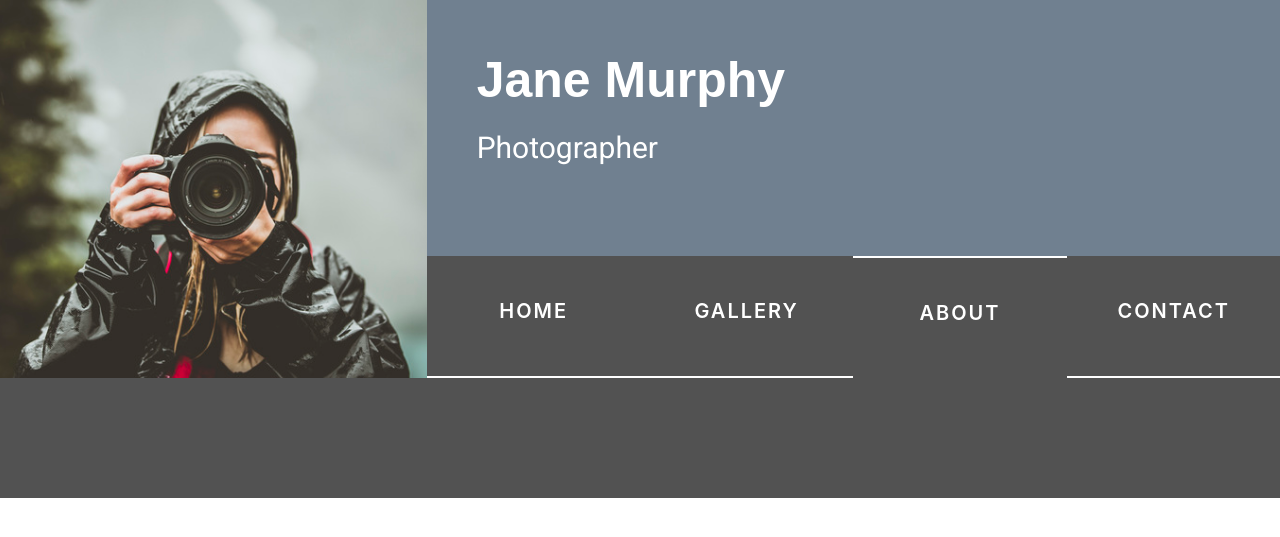
Repository: Code-Institute-Submissions/MrChrisRandall-milestone-1
Page: index.html
The author's editor kept a record of every edit. The page is drawn from the files as they stood at one moment, then again after the next edit.
The browser window is 1280 px wide. The pictures show the whole page.

Above is the page before.

After the next edit:
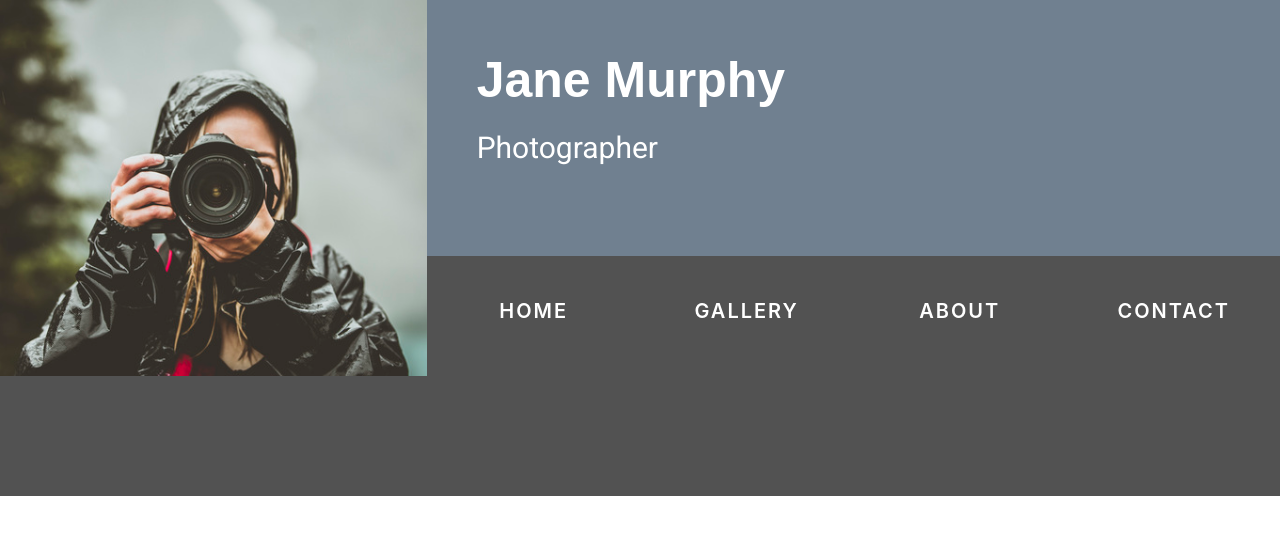
The edit:
--- a/index.html
+++ b/index.html
@@ -35,7 +35,7 @@
                                 <a href="#" class="hvr-sweep-to-bottom"><span>Gallery</span></a>
                             </li>
                             <li class="col-2 col-sm-3 ui-menu-color-about list-inline-item menuitem">
-                                <a href="#"vclass="hvr-sweep-to-bottom"><span>About</span></a>
+                                <a href="#"class="hvr-sweep-to-bottom"><span>About</span></a>
                             </li>
                             <li class="col-2 col-sm-3 ui-menu-color-contact list-inline-item menuitem">
                                 <a href="#" class="hvr-sweep-to-bottom"><span>Contact</span></a>
